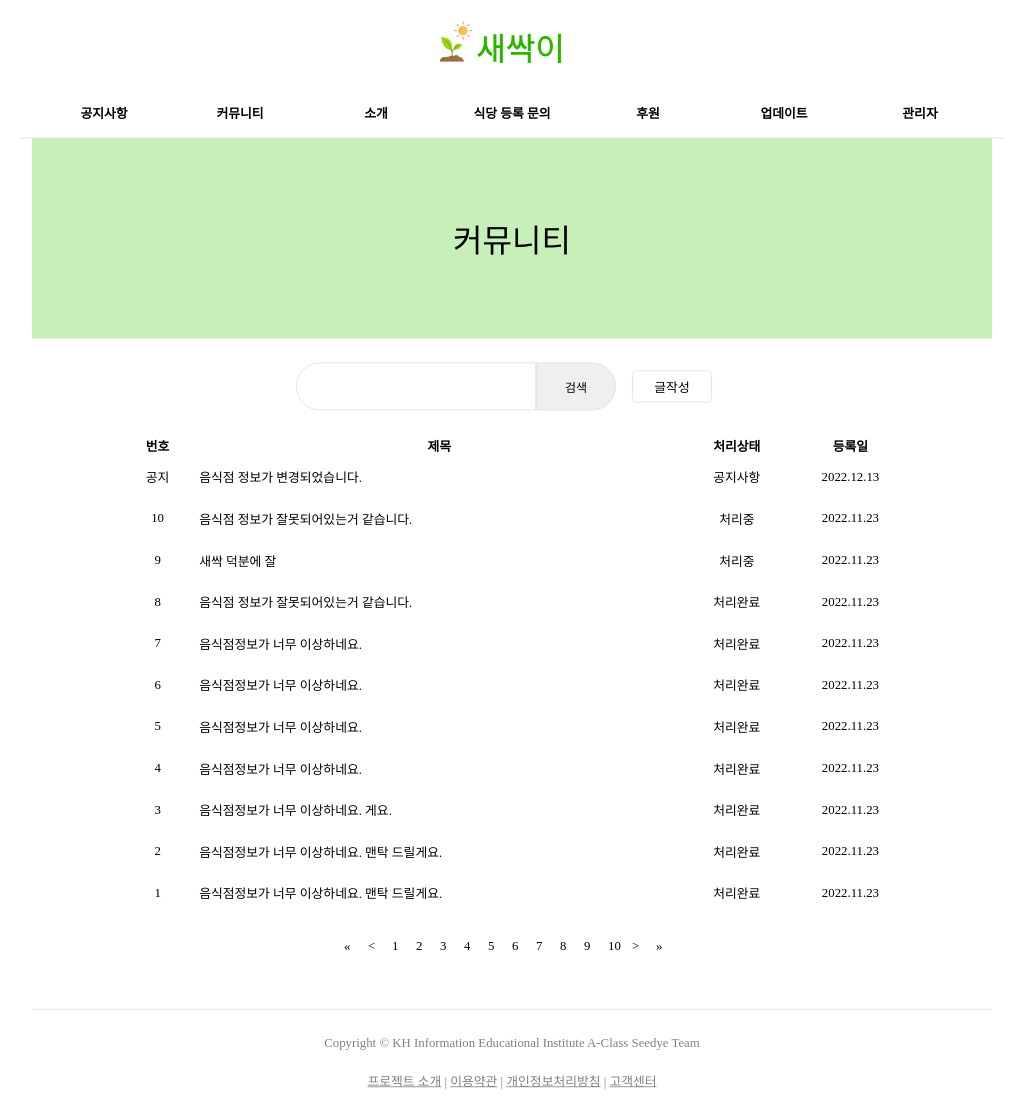
Repository: Seedye/Seedye
Page: team/src/main/webapp/html/board/board-list.html
An editor plug-in stored every save of this project. The page is shown before and after the next save, followed by the edit.
The browser window is 1280 px wide. The pictures show the whole page, at 80% of full size.
Some web fonts or font styles are not loaded; a fallback is used.

Above is the page before, as saved 2022-12-14 16:23:26.

### team/src/main/webapp/html/board/board-list.html
<!DOCTYPE html>
<html lang="en">
<head>
    <meta charset="UTF-8">
    <meta http-equiv="X-UA-Compatible" content="IE=edge">
    <meta name="viewport" content="width=device-width, initial-scale=1.0">
    <title>boardList</title>
    <link rel="stylesheet" href="../../resources/css/header.css">
    <link rel="stylesheet" href="../../resources/css/boardList-style.css">
</head>
<body>
  <header>
        <!-- 헤더 -->
        <section id="header-container">
            <!-- 로고 -->
            <section id="logo-section">
                <a href="#"><img id="logo" src="../../resources/images/새싹이.png"></a>
                <a href="#" id="logo-content">새싹이</a>
            </section>
            <!-- 메뉴창 -->
            <nav id="nav-bar">
                <ul>
                    <li><a href="#"></a>공지사항</li>
                <li><a href="#"></a>커뮤니티</li>
                <li><a href="#"></a>소개</li>
                <li><a href="#"></a>식당 등록 문의</li>
                <li><a href="#"></a>후원</li>
                <li><a href="#"></a>업데이트</li>
                <li><a href="#"></a>관리자</li>
            </ul>
        </nav>
    </section>
    </header>
    <main>
      <!-- board 영역 -->
      <section class="board-body-area">
        <div class="board-title">커뮤니티</div>

        <!-- 검색 -->
        <div class="board-list-serch-write-area">
          <!-- 검색어 입력 input -->
          <div class="board-list-serch">
            <input type="text" >
          </div>
          <!-- 검색 버튼 -->
          <button>검색</button>
          <!-- 글작성 버튼 -->
          <div class="board-write-btn">글작성</div>
        </div>

        <!-- 게시글 리스트 영역 -->
        <div class="board-list-area">
          <!-- 게시글 나타나는 테이블 -->
          <table class="board-list-table">
            <thead>
              <th>번호</th>
              <th>제목</th>
              <th>처리상태</th>
              <th>등록일</th>
            </thead>
            <tbody>

              <!-- 공지 -->
              <tr>
                <td>공지</td>
                <td>음식점 정보가 변경되었습니다.</td>
                <td>공지사항</td>
                <td>2022.12.13</td>
      <!-- colspan="2" -->
              </tr>

              <!-- 게시물 -->
              <tr>
                <td>10</td>
                <td>음식점 정보가 잘못되어있는거 같습니다.</td>
                <td>처리중</td>
                <td>2022.11.23</td>
              </tr>

              <tr>
                <td>9</td>
                <td>새싹 덕분에 잘 </td>
                <td>처리중</td>
                <td>2022.11.23</td>
              </tr>

              <tr>
                <td>8</td>
                <td>음식점 정보가 잘못되어있는거 같습니다.</td>
                <td>처리완료</td>
                <td>2022.11.23</td>
              </tr>

              <tr>
                <td>7</td>
                <td>음식점정보가 너무 이상하네요. </td>
                <td>처리완료</td>
                <td>2022.11.23</td>
              </tr>
              <tr>
                <td>6</td>
                <td>음식점정보가 너무 이상하네요.  </td>
                <td>처리완료</td>
                <td>2022.11.23</td>
              </tr>
              <tr>
                <td>5</td>
                <td>음식점정보가 너무 이상하네요.  </td>
                <td>처리완료</td>
                <td>2022.11.23</td>
              </tr>
              <tr>
                <td>4</td>
                <td>음식점정보가 너무 이상하네요. </td>
                <td>처리완료</td>
                <td>2022.11.23</td>
              </tr>
              <tr>
                <td>3</td>
                <td>음식점정보가 너무 이상하네요. 게요. </td>
                <td>처리완료</td>
                <td>2022.11.23</td>
              </tr>
              <tr>
                <td>2</td>
                <td>음식점정보가 너무 이상하네요. 맨탁 드릴게요. </td>
                <td>처리완료</td>
                <td>2022.11.23</td>
              </tr>
              <tr>
                <td>1</td>
                <td>음식점정보가 너무 이상하네요. 맨탁 드릴게요. </td>
                <td>처리완료</td>
                <td>2022.11.23</td>
              </tr>
            </tbody>


          </table>

            <ul class="board-list-page-area">
              <li>&laquo;</li>
              <li>&lt;</li>
              <li>1</li>
              <li>2</li>
              <li>3</li>
              <li>4</li>
              <li>5</li>
              <li>6</li>
              <li>7</li>
              <li>8</li>
              <li>9</li>
              <li>10</li>
              <li>&gt;</li>
              <li>&raquo;</li>
            </ul>
            <!-- <div class="board-list-page-num"></div>
            <div class="board-list-page-num"></div> -->
          </div>

      </section>
    </main>

    <footer>
        <p>
            Copyright &copy; KH Information Educational Institute A-Class Seedye Team
        </p>
        <article>
            <a href="#">프로젝트 소개</a>
            <span>|</span>
            <a href="#">이용약관</a>
            <span>|</span>
            <a href="#">개인정보처리방침</a>
            <span>|</span>
            <a href="#">고객센터</a>
        </article>
    </footer>

</body>
</html>

### team/src/main/webapp/resources/css/header.css

@font-face {
    font-family: 'yg-jalnan';
    src: url('https://cdn.jsdelivr.net/gh/projectnoonnu/noonfonts_four@1.2/JalnanOTF00.woff') format('woff');
    font-weight: normal;
    font-style: normal;
}


@font-face {
    font-family: 'NIXGONM-Vb';
    src: url('https://cdn.jsdelivr.net/gh/projectnoonnu/noonfonts_six@1.2/NIXGONM-Vb.woff') format('woff');
    font-weight: normal;
    font-style: normal;
}

*{
    box-sizing: border-box;
    margin: 0;
    padding: 0;
}

body{
    display: flex;
    justify-content: center;
    align-items: center;
    flex-direction: column;
}


#logo-section{
    width: 1200px;
    display: flex;
    justify-content: center;
    align-items: center;
    margin-top: 20px;
}

#logo{
    width: 50px;
    height: 50px;
}

#logo-content{
    color: #2db400;
    -webkit-text-stroke: 1px white;
    text-decoration: none;
    font-weight: bold;
    font-family: yg-jalnan;
    font-size: 40px;
    padding-top: 10px;
}

#nav-bar{
    display: flex;
    justify-content: center;
    margin: 20px 0px  0px  0px;
}

#nav-bar > ul {
    width: 100%;
    display: flex;
    justify-content: space-between;
    font-weight: bold;
    border-bottom: 1px solid #ddd;
    padding: 0px 20px;
}

#nav-bar > ul > li{
    font-family: NIXGONM-Vb;
    float: left;
    display: flex;
    justify-content: center;
    padding: 20px 35px;
    border-radius: 6px;
    cursor: pointer;
    width: 170px;
    height: auto;
}

#nav-bar > ul > li:hover{
    background-color: rgba(45, 180, 0, 0.6);
    color: white;
    transition-duration: 0.3s;
}

footer {
    width: 1200px;
    height: 134px;
    color: gray;
    font-size: var(--small-font-size);
    padding: 20px 0;

    display: flex;
    flex-direction: column;
    justify-content: space-around;
    align-items: center;

    /* position: absolute; */
    bottom: 0;

    border-top: 1px solid #ddd;
  }

  footer a {
    color: gray;
  }

### team/src/main/webapp/resources/css/boardList-style.css
*{
  font-family: "NIXGONM-Vb";
}

.board-title{
  /* margin-top: 0; */
  width: 1200px;
  height: 250px;
  background-color: #c6f0b8;
  display: flex;
  justify-content: center;
  align-items: center;
  font-size: 40px;
}
/* 검색 영역 스타일 */
.board-list-serch-write-area{
  display: flex;
  align-items: center;
  justify-content: center;
  margin-top: 20px;
  margin-bottom: 20px;

}
.board-list-serch{
  width: 300px;
  height: 60px;
  border-radius: 30px 0 0 30px;
  border: 1px solid #ddd;

  display: flex;
    justify-content: end;
    align-items: center;
}
.board-list-serch > input{
  width: 260px;
  height: 50px;
  border: 0px;
  font-size: 20px;
}
.board-list-serch > input:focus{
  outline: none;

}
.board-list-serch-write-area > button{
  height: 60px;
  width: 100px;
  border-radius: 0 30px 30px 0;
  border: 1px solid #ddd;
  font-size: 15px;
  cursor: pointer;
}

.board-write-btn{
  margin: 20px;
  width: 100px;
  height: 40px;
  display: flex;
  align-items: center;
  border-radius: 6px;
  justify-content: center;
  border: 1px solid #ddd;
  cursor: pointer;
  /* background-color: rgb(215, 235, 215); */
}
.board-write-btn:hover{
  transition-duration: 0.2s;
  background-color: #d8f0d0;
  border:none;
}
/* 테이블 스타일 */
.board-list-table{
  text-align: center;

  margin: auto;
  /* width: 90vw; */
}
/* .board-list-area{
  height: 500px;
} */
.board-list-thead{
  height: 60px;
  background-color: red;
  border-top: 2px solid red;
}
.board-list-thead>th{
  border-top: 2px solid red;
}
/* 게시글 번호 부분 */
.board-list-table > tbody > tr > td:first-child {
  width: 100px;
  height: 50px;
  cursor: pointer;
  /* background-color: blueviolet; */

  /* text-align: center; */
}
/* 게시물 제목 부분 */
.board-list-table > tbody > tr > td:nth-child(2){
  /* display: block; */
  width: 600px;
  height: 50px;
  text-align: left;
  cursor: pointer;

}
/* 게시글 처리상태/등록일 부분 */
.board-list-table > tbody > tr > td:nth-child(3),
.board-list-table > tbody > tr > td:nth-child(4){
  /* width: 140px; */
  min-width: 140px;
  height: 50px;
  cursor: pointer;
  /* background-color: red; */
}

/* {
  width: 140px;
  height: 50px;

} */

.board-list-table > tbody> tr{

  height: 50px;
}
.board-list-table > tbody> tr:hover{
  background-color: #d8f0d0;

}
/* .board-list-table > tbody > tr > td:hover{
  background-color: #d8f0d0;
} */

/* 페이지 넘기기 스타일 */
.board-list-page-area{
  display: flex;
  justify-content: center;
  margin-top: 30px;
  margin-bottom: 70px;
}

.board-list-page-area>li{
  display: flex;
  width: 30px;
  list-style:none;
  cursor: pointer;
  /* padding-left: 0px; */
}

After the next save:
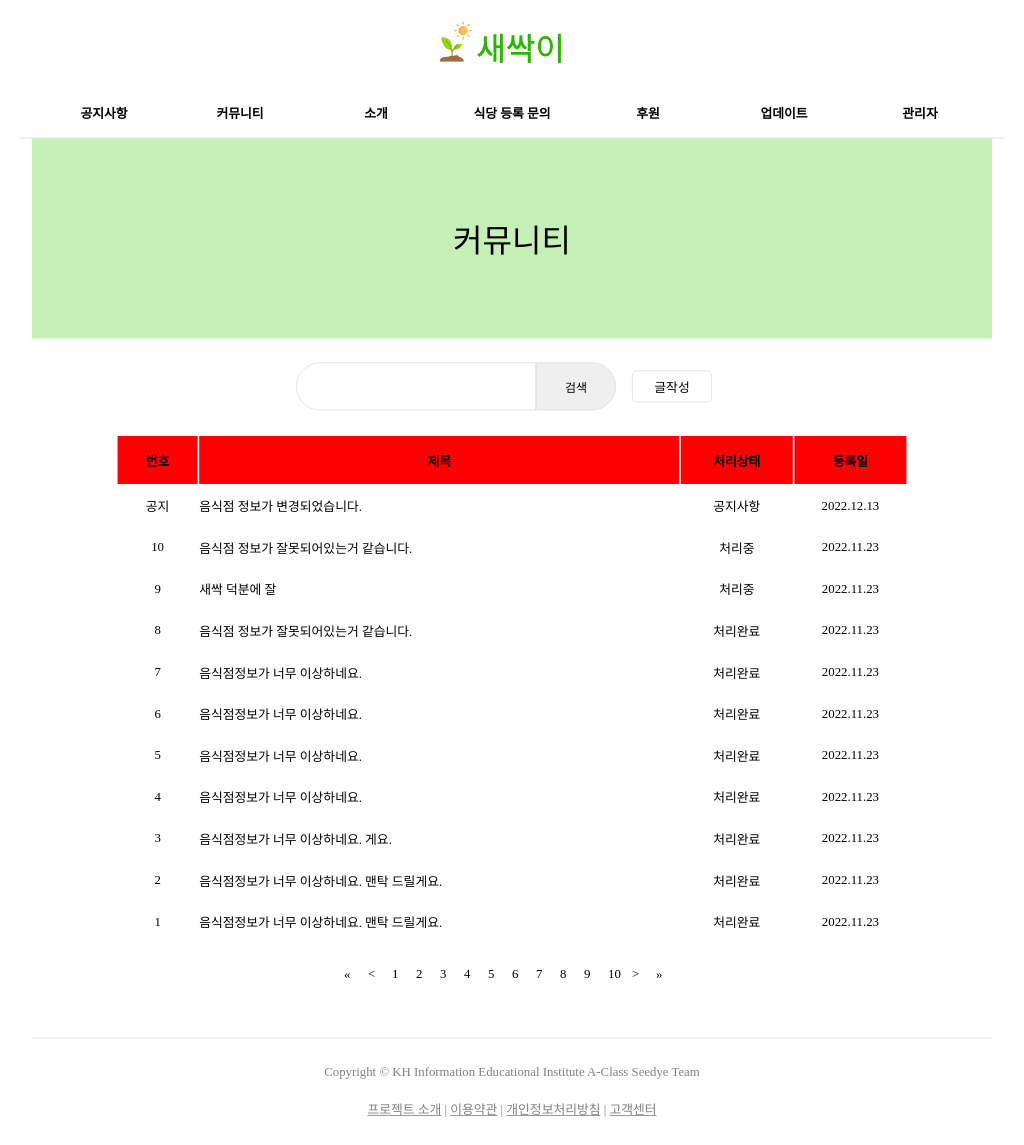
Saved 11 s later.
--- a/team/src/main/webapp/html/board/board-list.html
+++ b/team/src/main/webapp/html/board/board-list.html
@@ -52,7 +52,7 @@
         <div class="board-list-area">
           <!-- 게시글 나타나는 테이블 -->
           <table class="board-list-table">
-            <thead>
+            <thead class="board-list-thead">
               <th>번호</th>
               <th>제목</th>
               <th>처리상태</th>
